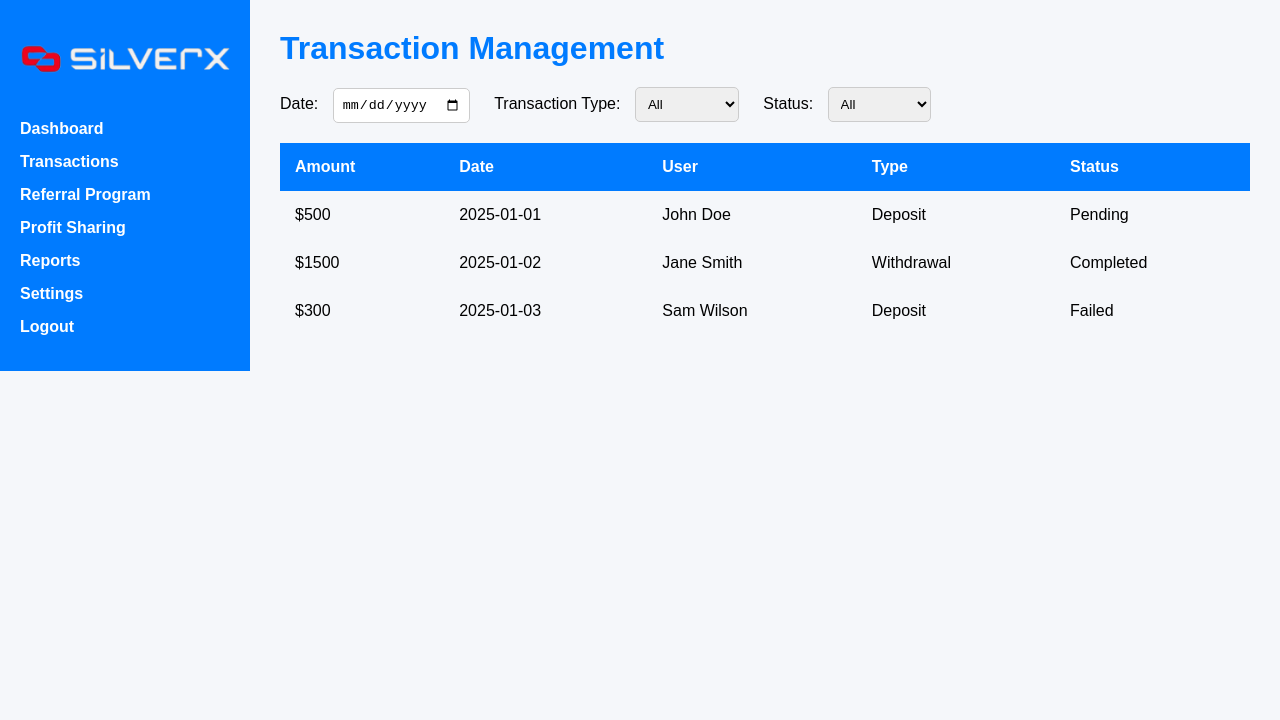
Repository: 2025silverx/slivedrX
Page: index2.html
These files come from the project's save history. The page is drawn as it stood at one moment and after the next save; the edit follows.
The browser window is 1280 px wide. The pictures show the whole page.

Above is the page before, as saved 2025-01-05 00:55:31.

### index2.html
<!DOCTYPE html>
<html lang="en">
<head>
    <meta charset="UTF-8">
    <meta name="viewport" content="width=device-width, initial-scale=1.0">
    <title>Transaction Management - Admin Panel</title>
    <link rel="stylesheet" href="style2.css">
</head>
<body>
    <div id="sidebar-container">
        <div class="sidebar">
            <img src="images/logo.png" alt="Sidebar Logo" class="sidebar-logo">
            <ul class="sidebar-links">
                <li><a href="index.html" class="sidebar-link" data-target="dashboard">Dashboard</a></li>
                <li><a href="index2.html" class="sidebar-link" data-target="transactions">Transactions</a></li>
                <li><a href="indesx3.html" class="sidebar-link" data-target="reports">Referral Program</a></li>
                <li><a href="index4.html" class="sidebar-link" data-target="users">Profit Sharing</a></li>
                <li><a href="index5.html" class="sidebar-link" data-target="reports">Reports</a></li>
                <li><a href="setting.html" class="sidebar-link" data-target="settings">Settings</a></li>
                <li><a href="index5.html" class="sidebar-link" data-target="logout">Logout</a></li>
            </ul>
        </div>
    </div>
    <div class="main-content">
        <h1>Transaction Management</h1>
        <div class="filters">
            <label>Date: </label>
            <input type="date" id="dateFilter">
            <label>Transaction Type: </label>
            <select id="typeFilter">
                <option value="all">All</option>
                <option value="deposit">Deposit</option>
                <option value="withdrawal">Withdrawal</option>
            </select>
            <label>Status: </label>
            <select id="statusFilter">
                <option value="all">All</option>
                <option value="pending">Pending</option>
                <option value="completed">Completed</option>
                <option value="failed">Failed</option>
            </select>
        </div>

        <table>
            <thead>
                <tr>
                    <th>Amount</th>
                    <th>Date</th>
                    <th>User</th>
                    <th>Type</th>
                    <th>Status</th>
                </tr>
            </thead>
            <tbody id="transactionTable">
                <tr class="pending">
                    <td>$500</td>
                    <td>2025-01-01</td>
                    <td>John Doe</td>
                    <td>Deposit</td>
                    <td>Pending</td>
                </tr>
                <tr class="completed">
                    <td>$1500</td>
                    <td>2025-01-02</td>
                    <td>Jane Smith</td>
                    <td>Withdrawal</td>
                    <td>Completed</td>
                </tr>
                <tr class="failed">
                    <td>$300</td>
                    <td>2025-01-03</td>
                    <td>Sam Wilson</td>
                    <td>Deposit</td>
                    <td>Failed</td>
                </tr>
                <!-- More transactions can be added here -->
            </tbody>
        </table>
    </div>

    <script src="script2.js"></script>
</body>
</html>

### style2.css
/* Reset some default styles */
* {
    margin: 0;
    padding: 0;
    box-sizing: border-box;
}

/* Body and container styles */
body {
    font-family: Arial, sans-serif;
    display: flex;
    height: 100vh;
    background-color: #f5f7fa;
}

/* Sidebar styles */
.sidebar {
    width: 250px;
    background-color: #007bff;
    color: white;
    padding: 20px;
    display: flex;
    flex-direction: column;
    position: sticky;
    top: 0;
}

.sidebar h2 {
    margin-bottom: 20px;
    text-align: center;
}

.sidebar-links {
    list-style: none;
    margin-top: 30px;
}

.sidebar-links li {
    margin-bottom: 15px;
}

.sidebar-links a {
    text-decoration: none;
    color: white;
    font-weight: bold;
}

.sidebar-links a:hover {
    color: #f0f0f0;
}

/* Main content area */
.main-content {
    flex: 1;
    padding: 30px;
    overflow-y: auto;
}

h1 {
    color: #007bff;
    margin-bottom: 20px;
}

/* Filters styles */
.filters {
    margin-bottom: 20px;
}

.filters label {
    margin-right: 10px;
}

.filters input,
.filters select {
    padding: 8px;
    margin-right: 20px;
    border-radius: 5px;
    border: 1px solid #ccc;
}

/* Table styles */
table {
    width: 100%;
    border-collapse: collapse;
    margin-top: 20px;
}

th, td {
    padding: 15px;
    text-align: left;
}

th {
    background-color: #007bff;
    color: white;
}

td {
    background-color: #f5f7fa;
}

td.pending {
    background-color: #fff3cd;
}

td.completed {
    background-color: #d4edda;
}

td.failed {
    background-color: #f8d7da;
}

/* Responsive styles */
@media (max-width: 768px) {
    .sidebar {
        width: 200px;
    }

    .main-content {
        padding: 20px;
    }

    table {
        font-size: 14px;
    }

    th, td {
        padding: 10px;
    }
}

@media (max-width: 480px) {
    .sidebar {
        width: 100%;
        position: static;
    }

    .main-content {
        margin-top: 20px;
    }

    table {
        font-size: 12px;
    }
}

### script2.js
// Function to apply the filters to the table rows
function filterTransactions() {
    const dateFilter = document.getElementById("dateFilter").value;
    const typeFilter = document.getElementById("typeFilter").value;
    const statusFilter = document.getElementById("statusFilter").value;
    const rows = document.querySelectorAll("#transactionTable tr");

    rows.forEach(row => {
        const date = row.cells[1].innerText;
        const type = row.cells[3].innerText.toLowerCase();
        const status = row.cells[4].innerText.toLowerCase();

        let isVisible = true;

        // Apply Date filter
        if (dateFilter && date !== dateFilter) {
            isVisible = false;
        }

        // Apply Type filter
        if (typeFilter !== "all" && type !== typeFilter) {
            isVisible = false;
        }

        // Apply Status filter
        if (statusFilter !== "all" && status !== statusFilter) {
            isVisible = false;
        }

        // Show or hide the row based on the filters
        if (isVisible) {
            row.style.display = "";
        } else {
            row.style.display = "none";
        }
    });
}

// Event listeners for filters
document.getElementById("dateFilter").addEventListener("input", filterTransactions);
document.getElementById("typeFilter").addEventListener("change", filterTransactions);
document.getElementById("statusFilter").addEventListener("change", filterTransactions);

// Initial call to filter transactions based on the current filter settings
filterTransactions();

After the next save:
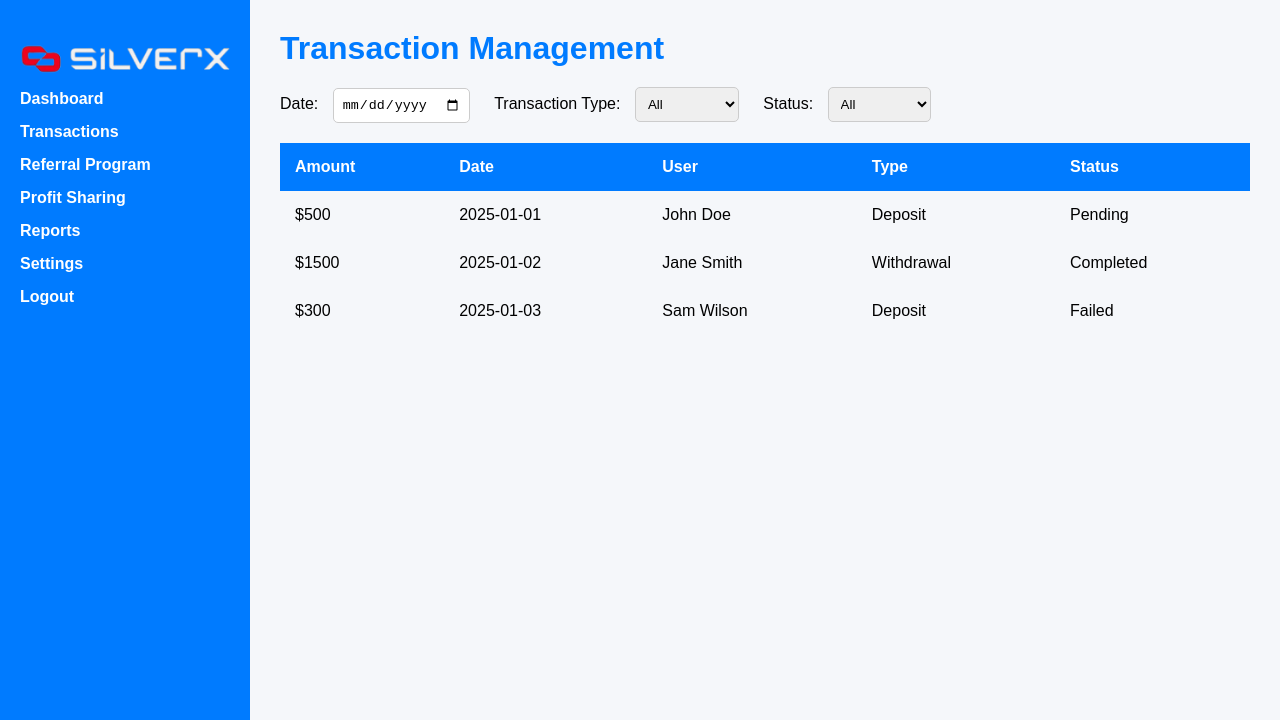
Saved 37 s later.
--- a/style2.css
+++ b/style2.css
@@ -13,7 +13,6 @@ body {
     background-color: #f5f7fa;
 }
 
-/* Sidebar styles */
 .sidebar {
     width: 250px;
     background-color: #007bff;
@@ -23,16 +22,20 @@ body {
     flex-direction: column;
     position: sticky;
     top: 0;
+    height: 100vh;
+    /* Remove any margin or padding at the side */
+    margin-right: 0;
 }
 
+/* Sidebar heading */
 .sidebar h2 {
     margin-bottom: 20px;
     text-align: center;
 }
 
+/* Sidebar links */
 .sidebar-links {
     list-style: none;
-    margin-top: 30px;
 }
 
 .sidebar-links li {
